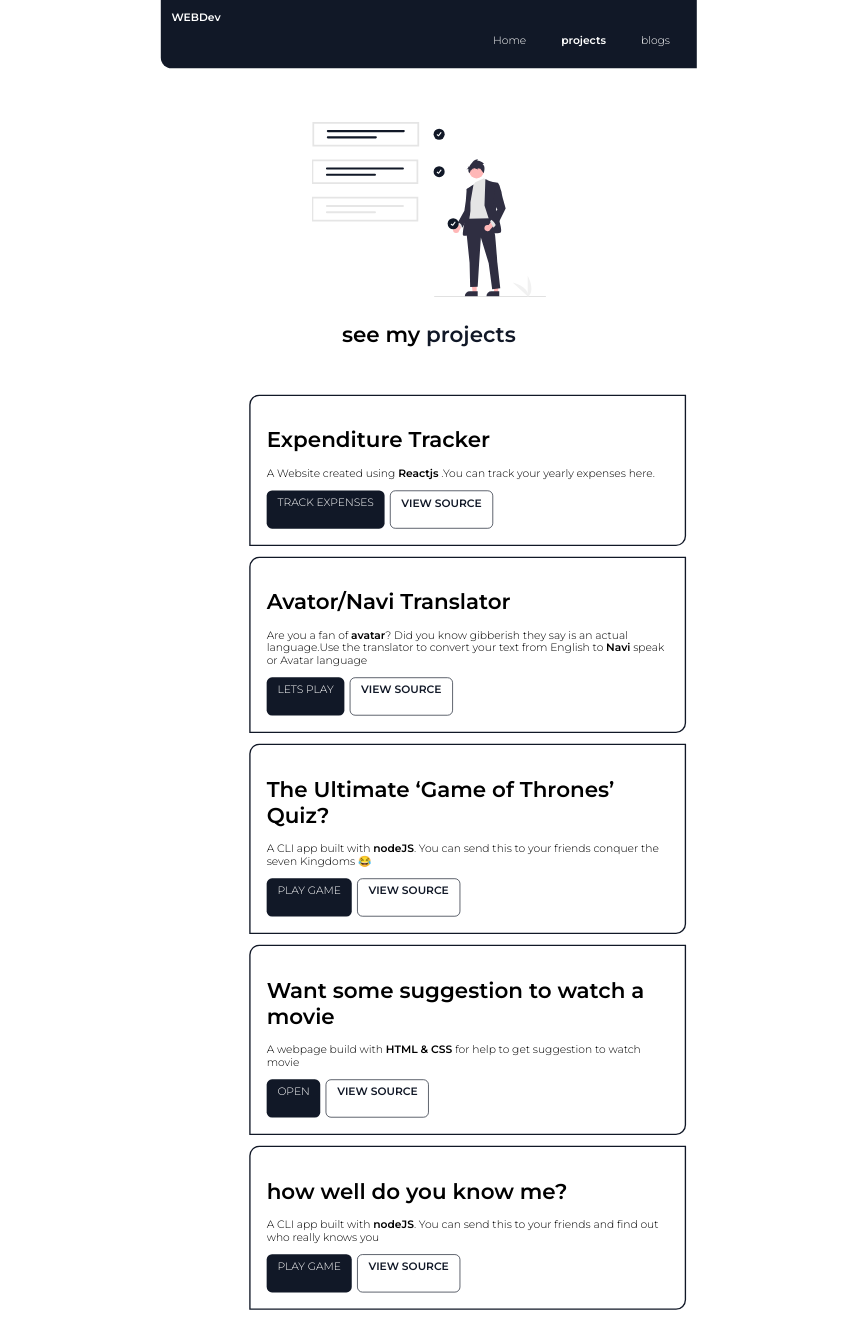
Repository: sohan2503001/Portfolio
Page: projects.html
These files come from the project's save history. The page is drawn as it stood at one moment and after the next save; the edit follows.
The browser window is 1280 px wide. The pictures show the whole page, at 67% of full size.

Above is the page before, as saved 2021-05-26 11:47:21.

### projects.html
<!DOCTYPE html>
<html lang="en">

<head>
  <meta charset="UTF-8" />
  <meta name="viewport" content="width=device-width, initial-scale=1.0" />
  <title>Projects | Sohan</title>
  <link rel="stylesheet" href="style.css" />
  <link rel="icon" href="images/favicon.svg" sizes="any" type="image/svg+xml">
</head>

<body>
  <nav class="navigation container">
    <div class="nav-brand">WEBDev</div>
    <ul class="list-non-bullet nav-pills">
      <li class="list-item-inline">
        <a class="link" href="/">Home</a>
      </li>
      <li class="list-item-inline">
        <a class="link link-active" href="projects.html">projects</a>
      </li>
      <li class="list-item-inline">
        <a class="link" href="blogs.html">blogs</a>
      </li>
    </ul>
  </nav>

  <header class="hero">
    <img class="hero-img" src="images/pro.svg" alt="" />
    <h1 class="hero-heading">
      see my<span class="heading-inverted"> projects</span>
    </h1>
  </header>


  <ol class="list list-non-bullet">


    <div class="container container-center box-contain">
      <li>
        <h1>Expenditure Tracker</h1>
        <p>
          A Website created using <strong>Reactjs</strong> .You can track your yearly expenses here.
        </p>

        <div class="link-button">
          <a class="link link-primary name-link" href="https://expenditure-tracker.netlify.app/"
          target="_blank">TRACK EXPENSES</a>
        <a class="link link-secondary" href="https://github.com/sohan2503001/Expenditure-Tracker" target="_blank">VIEW
          SOURCE</a>
        </div>
      </li>
    </div>


    <div class="container container-center box-contain">
      <li>
        <h1>Avator/Navi Translator </h1>
        <p>
          Are you a fan of <strong>avatar</strong>? Did you know gibberish they say is an actual
          language.Use the translator to convert your text from English to <strong>Navi</strong>
          speak or Avatar language
        </p>

        <div class="link-button">
          <a class="link link-primary name-link" href="https://avator-speak.netlify.app/"
          target="_blank">LETS PLAY</a>
        <a class="link link-secondary" href="https://github.com/sohan2503001/Avator-speak" target="_blank">VIEW
          SOURCE</a>
        </div>
      </li>
    </div>


    <div class="container container-center box-contain">
      <li>
        <h1>The Ultimate ‘Game of Thrones’ Quiz?</h1>
        <p>
          A CLI app built with <strong>nodeJS</strong>. You can send this to
          your friends conquer the seven Kingdoms 😂
        </p>

        <div class="link-button">
          <a class="link link-primary name-link" href="https://replit.com/@Sohan250301/GameofThronesQuiz?embed=1&output=1#index.js"
          target="_blank">PLAY GAME</a>
        <a class="link link-secondary" href="https://github.com/sohan2503001/GOTQuiz" target="_blank">VIEW SOURCE</a>
        </div>
      </li>
    </div>


    <div class="container container-center box-contain">
      <li>
        <h1>Want some suggestion to watch a movie</h1>
        <p>
          A webpage build with <strong>HTML & CSS </strong> for help to get suggestion to watch movie
        </p>

        <div class="link-button">
          <a class="link link-primary name-link" href="https://moviesreview.netlify.app/" target="_blank">OPEN</a>
        <a class="link link-secondary" href="https://github.com/sohan2503001/MovieSuggestion" target="_blank">VIEW
          SOURCE</a>
        </div>
      </li>
    </div>


    <div class="container container-center box-contain">
      <li>
        <h1>how well do you know me?</h1>
        <p>
          A CLI app built with <strong>nodeJS</strong>. You can send this to
          your friends and find out who really knows you
        </p>

        <div class="link-button">
          <a class="link link-primary name-link" href="https://replit.com/@Sohan250301/How-much-you-know-me?embed=1&output=1"
          target="_blank">PLAY GAME</a>
        <a class="link link-secondary" href="https://github.com/sohan2503001/Quiz1" target="_blank">VIEW SOURCE</a>
        </div>
      </li>
    </div>


  </ol>
  <script src="code.js"></script>
</body>

</html>

### style.css
@import url('https://fonts.googleapis.com/css2?family=Montserrat:wght@300;600&display=swap');

:root{
    --primary-color: #111827;
    --dark-gray: #4B5563;
    --off-white: #D1D5DB;
}

body {
    font-family: 'Montserrat', sans-serif;
    margin: auto;
    max-width: 800px;
    width: 100%;
}

hr{
    margin: 2rem 0rem;
}

/** container **/
.container{
    padding: 0rem 1rem;
}

.container-center{
    max-width: 600px;
    margin: auto;
}

/** links **/
.link{
    text-decoration: none;
    padding: 0.5rem 1rem;
    /*margin: 1rem 0rem 1rem 0rem;*/
}

.link-primary{
    background-color: var(--primary-color);
    border-radius: 0.5rem;
    color:white;
    padding-bottom: 30px;
}

.link-secondary{
    color: var(--primary-color);
    border-radius: 0.5rem;
    border: 1px solid var(--primary-color);
    font-weight: bold;
}

/** lists **/

.list-non-bullet{
    list-style: none;
}

.list-item-inline{
    display: inline;
    padding: 0rem 0.5rem;
}

/** navigation **/

.navigation{
    background-color: var(--primary-color);
    color: white;
    padding: 1rem;
    border-bottom-left-radius: 1rem;
}

.navigation .nav-brand{
    font-weight: bold;
}

.navigation .nav-pills{
    text-align: right;
}

.navigation .link{
    color: white;
}

.navigation .link-active{
    font-weight: bold;
}

/**header **/

.hero{
    padding: 2rem;
    padding-top: 5rem;
}

.hero .hero-img{
    max-width: 350px;
    display: block;
    margin: auto;
}

.hero .hero-heading{
    padding-top: 1rem;
    color: var(--dark-red);
    text-align: center;
}

.hero .hero-heading .heading-inverted{
    color: var(--primary-color)
}

/** section **/
.section{
    padding: 1rem;
    border-radius: 15px;
    margin: 2rem;
}

.section h1{
    text-align: center;
    font-weight: bolder;
}

.ow {
    background-color: var(--off-white);
}

.section p{
    font-weight: bold;
}

/**footer **/

.footer{
    background-color: var(--primary-color);
    padding: 1rem;
    text-align: center;
    color: white;
    border-top-right-radius: 1rem;
}

.footer .link{
    color: white;
}

.footer .footer-header{
    font-weight: bold;
    font-size: large;
}

.footer ul{
    padding-inline-start: 0px;
}

/**Projects**/
.box-contain{
    border: 2px solid var(--primary-color);
    padding: 1.5rem;
    border-top-left-radius: 15px;
    border-bottom-right-radius: 15px;
    margin: auto;
    margin-top: 1rem;
    margin-right: 1rem;
}

.link-button{
    display: flex;
}

.name-link{
    margin-right: 0.5rem;
}

### code.js
function myFunction() {
    var element = document.body;
    element.classList.toggle("dark-mode");
}

After the next save:
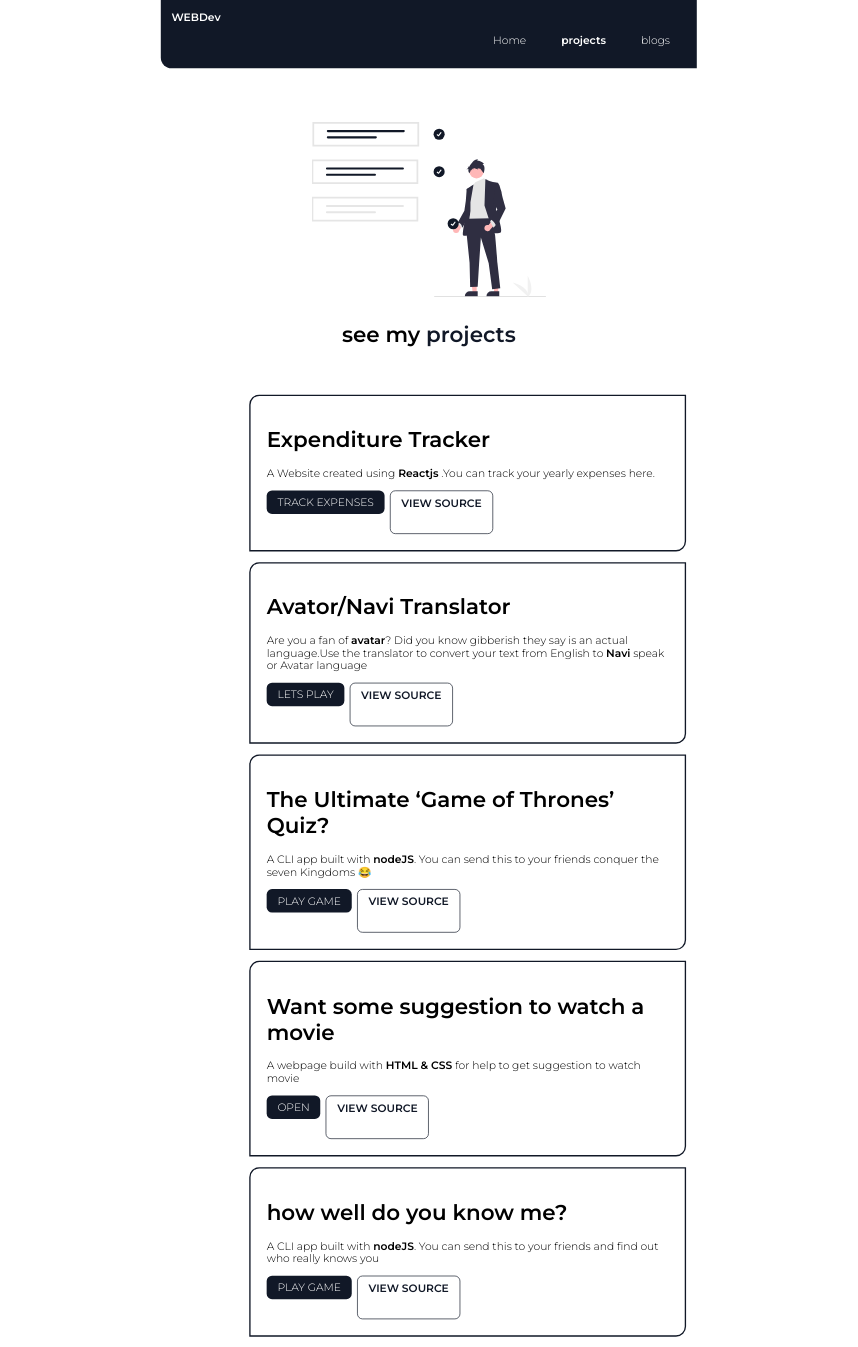
Saved 11 s later.
--- a/style.css
+++ b/style.css
@@ -38,7 +38,7 @@ hr{
     background-color: var(--primary-color);
     border-radius: 0.5rem;
     color:white;
-    padding-bottom: 30px;
+    margin-bottom: 30px;
 }
 
 .link-secondary{
